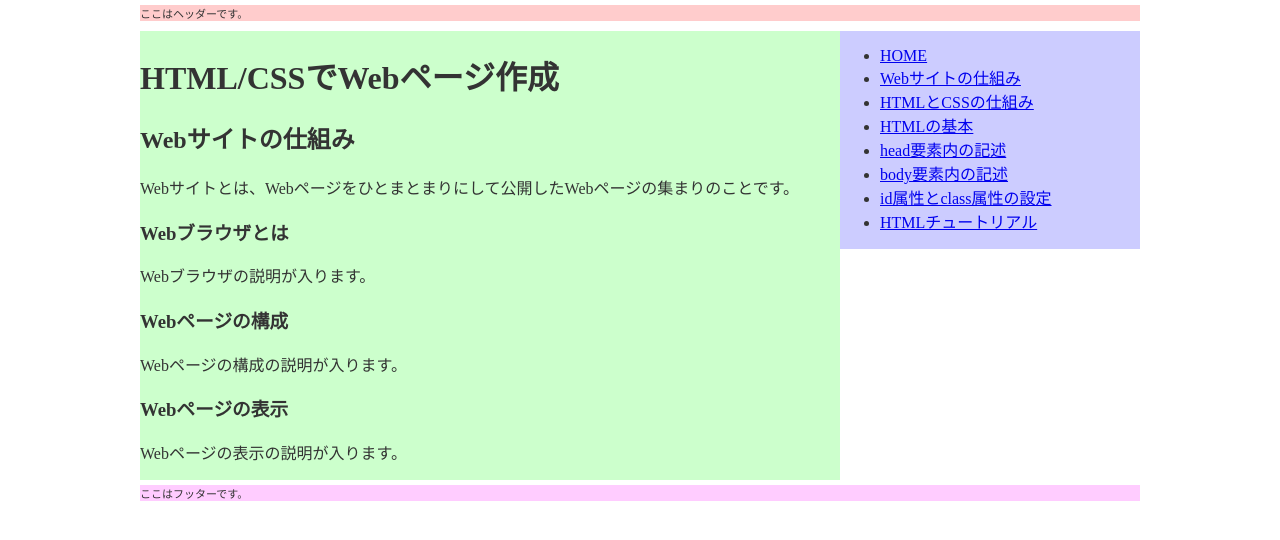
Repository: sugihiro1/test_laravel
Page: kadai_css/kadai_css.html
The author's editor kept a record of every edit. The page is drawn from the files as they stood at one moment, then again after the next edit.
The browser window is 1280 px wide. The pictures show the whole page.

Above is the page before.

After the next edit:
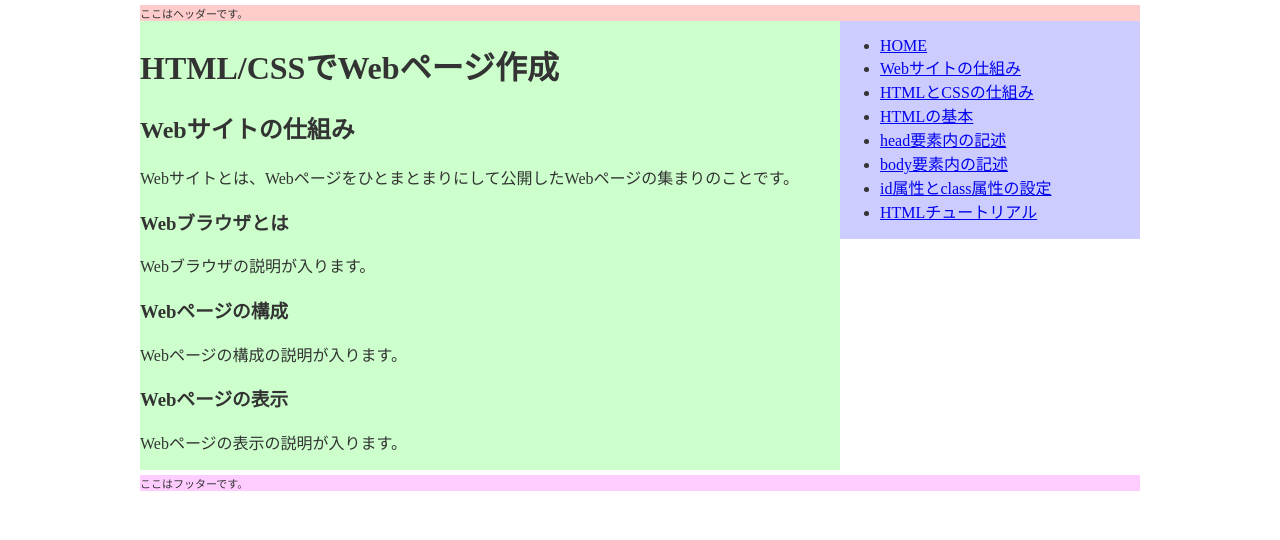
The edit:
--- a/kadai_css/kadai_css.css
+++ b/kadai_css/kadai_css.css
@@ -16,7 +16,7 @@
 }
 
 header p {
-    margin: 5px 0 10px;  /* マージン：上 | 左右 | 下 | */
+    margin: 5px 0 0px;  /* マージン：上 | 左右 | 下 | */
     background-color: #ffcccc;
     font-size: 11px;
 }
